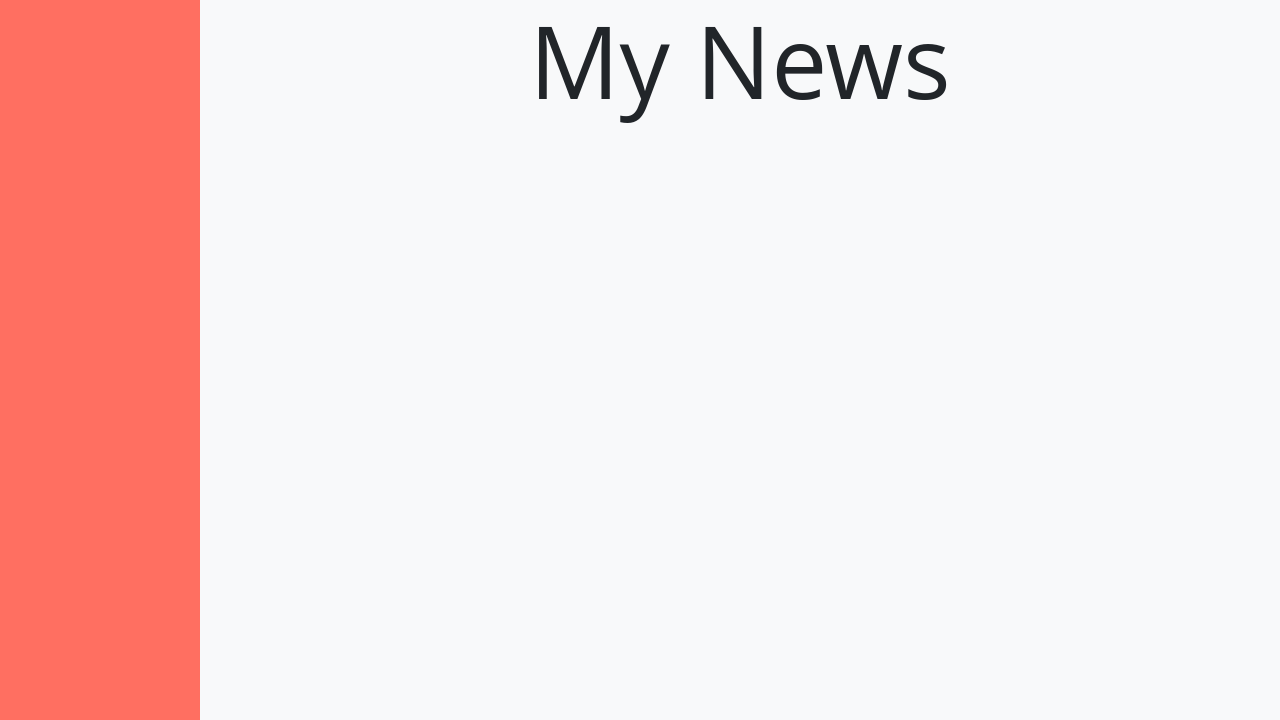
Repository: tts2610/GoogleNews
Page: index.html
An editor plug-in stored every save of this project. The page is shown before and after the next save, followed by the edit.
The browser window is 1280 px wide. The pictures show the whole page.
The page's requests for data from a server got no answer. Some web libraries are served in a nearby version.

Above is the page before, as saved 2020-05-20 21:34:44.

After the next save:
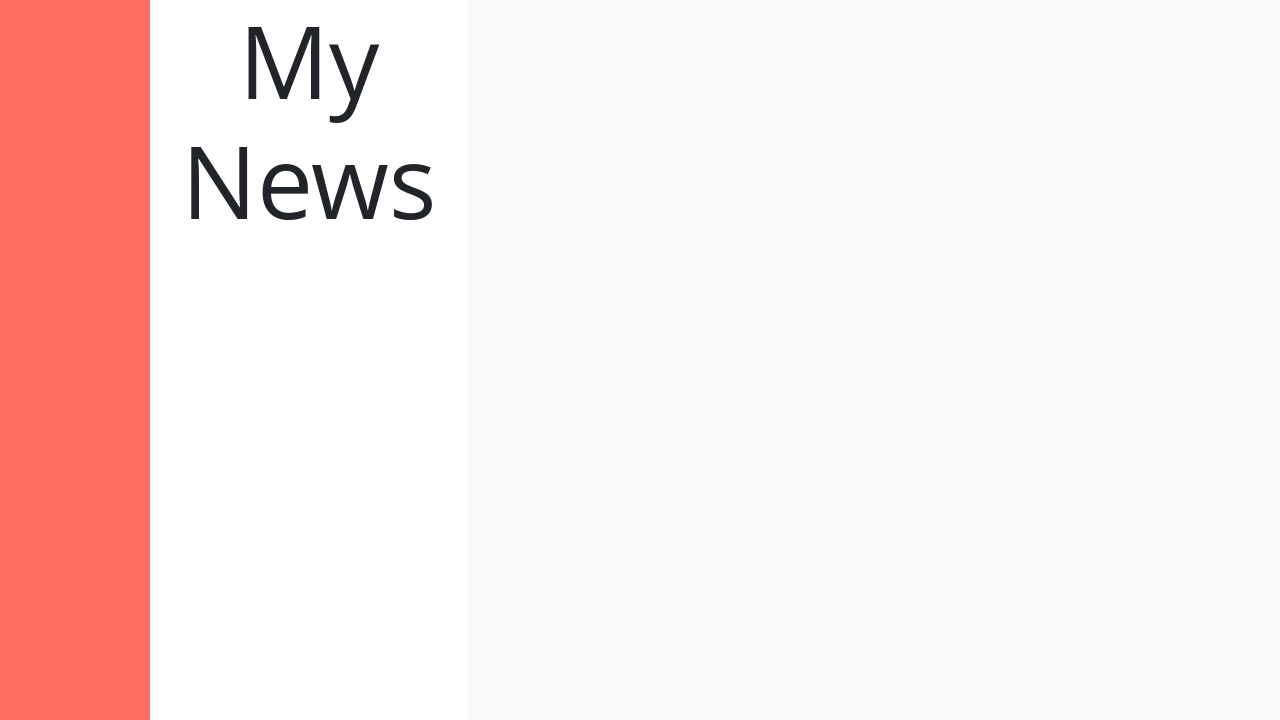
Saved 68 s later.
--- a/index.html
+++ b/index.html
@@ -32,10 +32,11 @@
                 <li></li> -->
             </ul>
         </div>
+        <div class="content-header mb-4">
+            <h1 style="font-size: 100px; text-align: center;">My News</h1>
+        </div>
         <div class="content" id="myContent">
-            <div class="content-header mb-4">
-                <h1 style="font-size: 100px; text-align: center;">My News</h1>
-            </div>
+
             <!-- <div class="row">
                 <div class="col-4 d-flex">
                     <div class="blog-entry-left">
